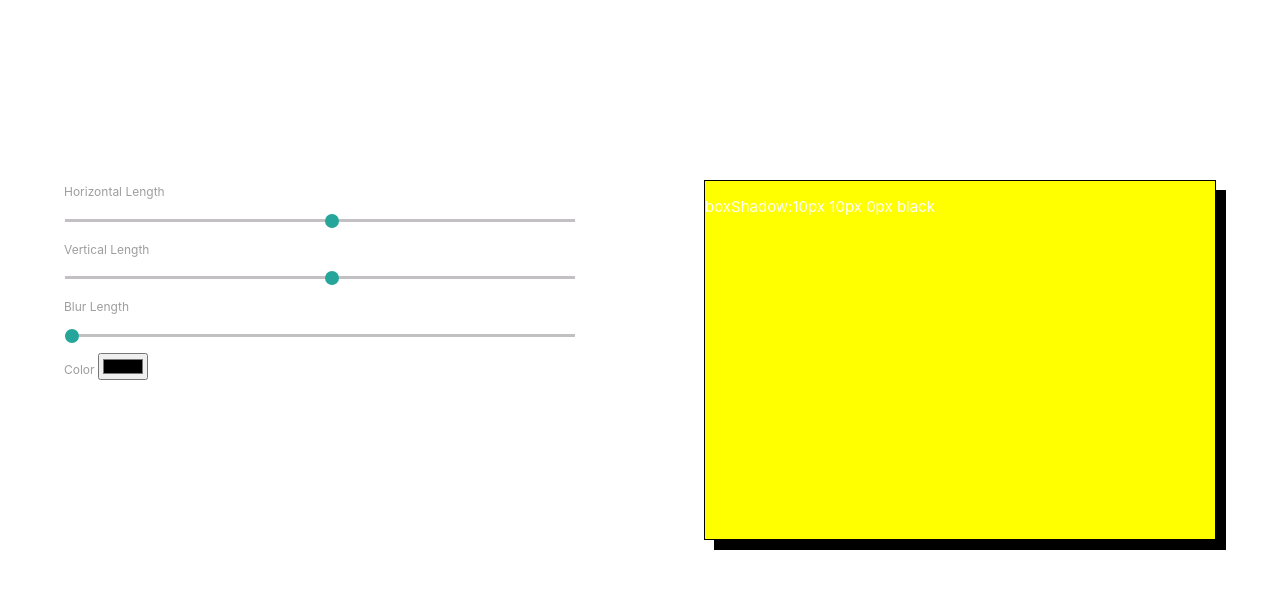
Repository: imrvj/Box-Shadow
Page: /
The author's editor kept a copy of each file at every save. The page is drawn from the files as they stood at one save, then again after the next save.
The browser window is 1280 px wide. The pictures show the whole page.
The project was rebuilt for these pictures with package versions that can differ from the ones it lists, and the page was loaded fresh each time.

Above is the page before, as saved 2020-02-19 23:44:30.

After the next save:
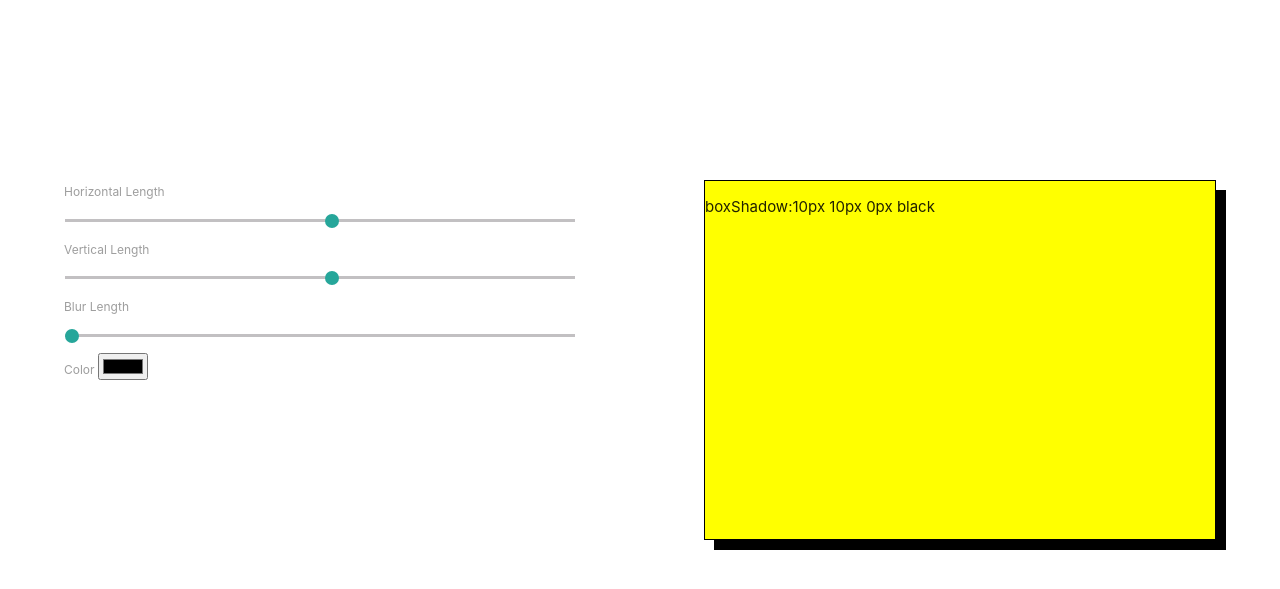
Saved 14 s later.
--- a/src/App.css
+++ b/src/App.css
@@ -12,7 +12,7 @@
     height: 50vh;
     border: solid 1px black;
     background-color: yellow;
-    color:white;
+
 }
 
 .controls
